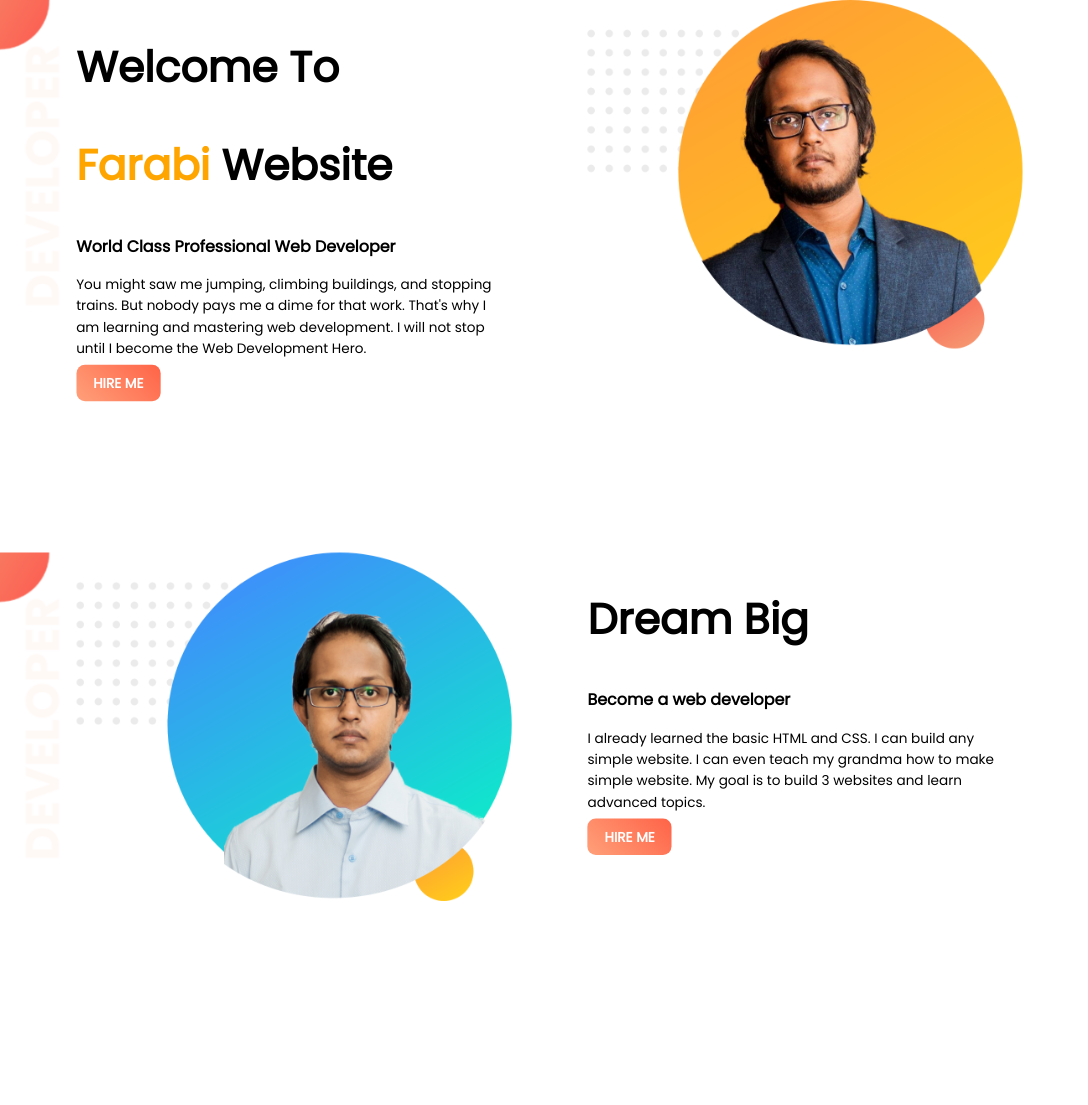
Repository: mohsinfarabi/web-portfolio
Page: index.html
These files come from the project's save history. The page is drawn as it stood at one moment and after the next save; the edit follows.
The browser window is 1280 px wide. The pictures show the whole page, at 85% of full size.

Above is the page before, as saved 2020-06-30 23:27:15.

After the next save:
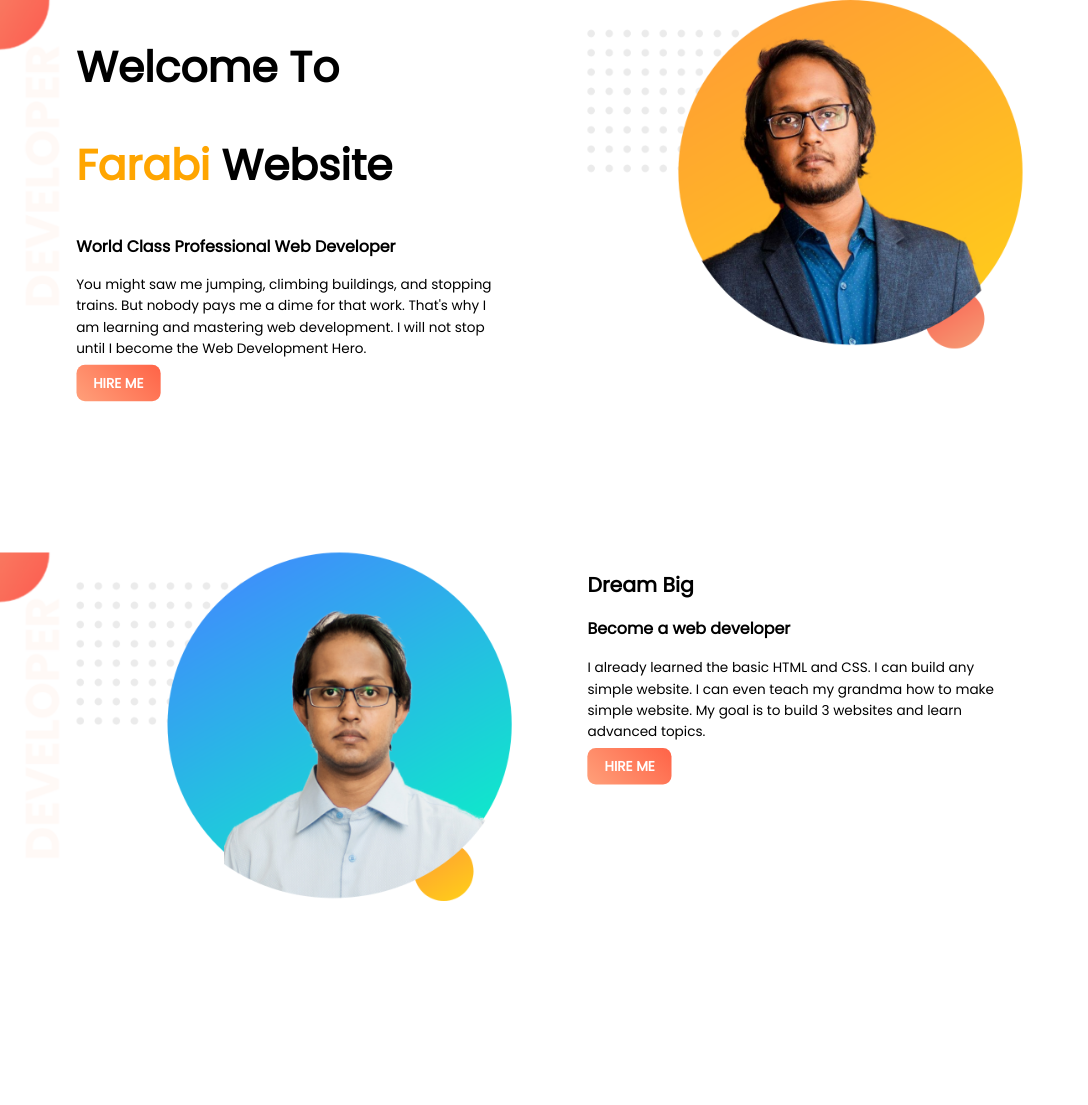
Saved 94 s later.
--- a/index.html
+++ b/index.html
@@ -27,7 +27,7 @@
             <img src="images/profile2.png" alt="">
         </div>
         <div class="half-width">
-            <h1>Dream Big</h1>
+            <h2>Dream Big</h2>
             <h3>Become a web developer</h3>
             <p>I already learned the basic HTML and CSS. I can build any simple website. I can even teach my grandma how to make simple website. My goal is to build 3 websites and learn advanced topics.</p>
             <a class="link-button" target="_blank" href="https://www.linkedin.com/in/mohsin-farabi-68655040/">HIRE ME</a>
